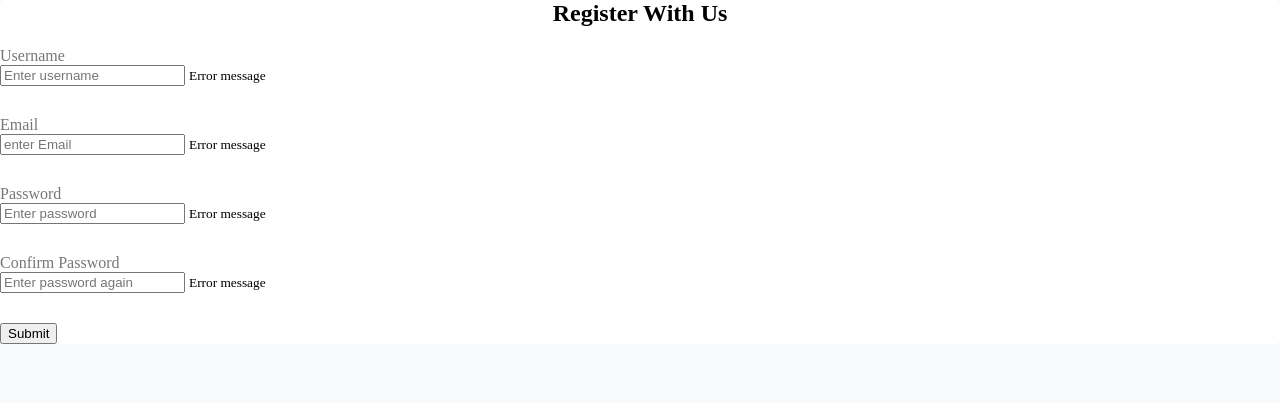
Repository: atko87/Form-Validator-Intro-
Page: index.html
These files come from the project's save history. The page is drawn as it stood at one moment and after the next save; the edit follows.
The browser window is 1280 px wide. The pictures show the whole page.

Above is the page before, as saved 2020-03-07 23:01:28.

After the next save:
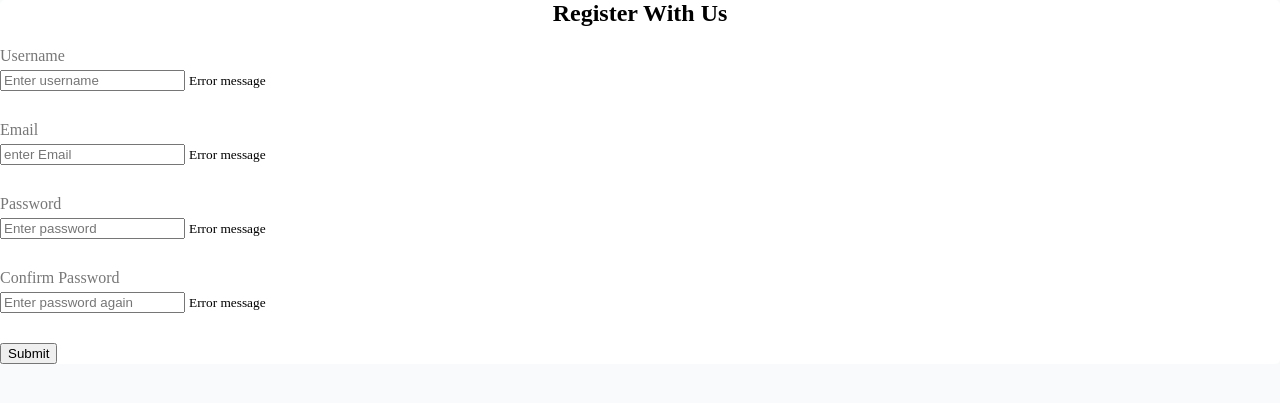
Saved 29 s later.
--- a/style.css
+++ b/style.css
@@ -36,5 +36,5 @@ h2 {
 .form-control label {
   color: #777;
   display: block;
-  marigin-bottom: 5px;
+  margin-bottom: 5px;
 }
